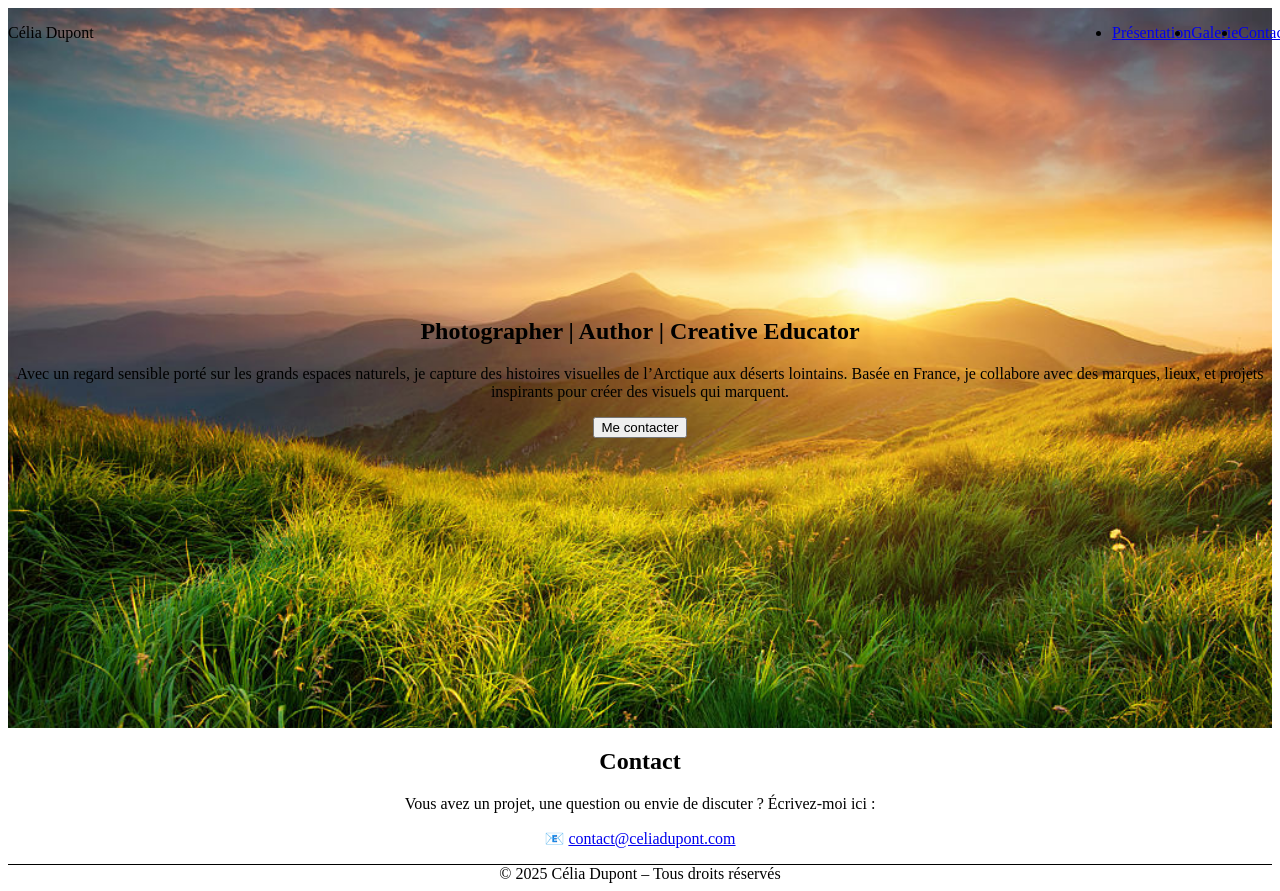
Repository: vincelhx/cd-photogrphy
Page: /
The author's editor kept a copy of each file at every save. The page is drawn from the files as they stood at one save, then again after the next save.
The browser window is 1280 px wide. The pictures show the whole page.
The project was rebuilt for these pictures with package versions that can differ from the ones it lists, and the page was loaded fresh each time. Also part of the build but not shown: vite.config.ts, src/components/Gallery.tsx, src/pages/Portfolio.tsx.

Above is the page before, as saved 2025-08-04 13:53:12.

After the next save:
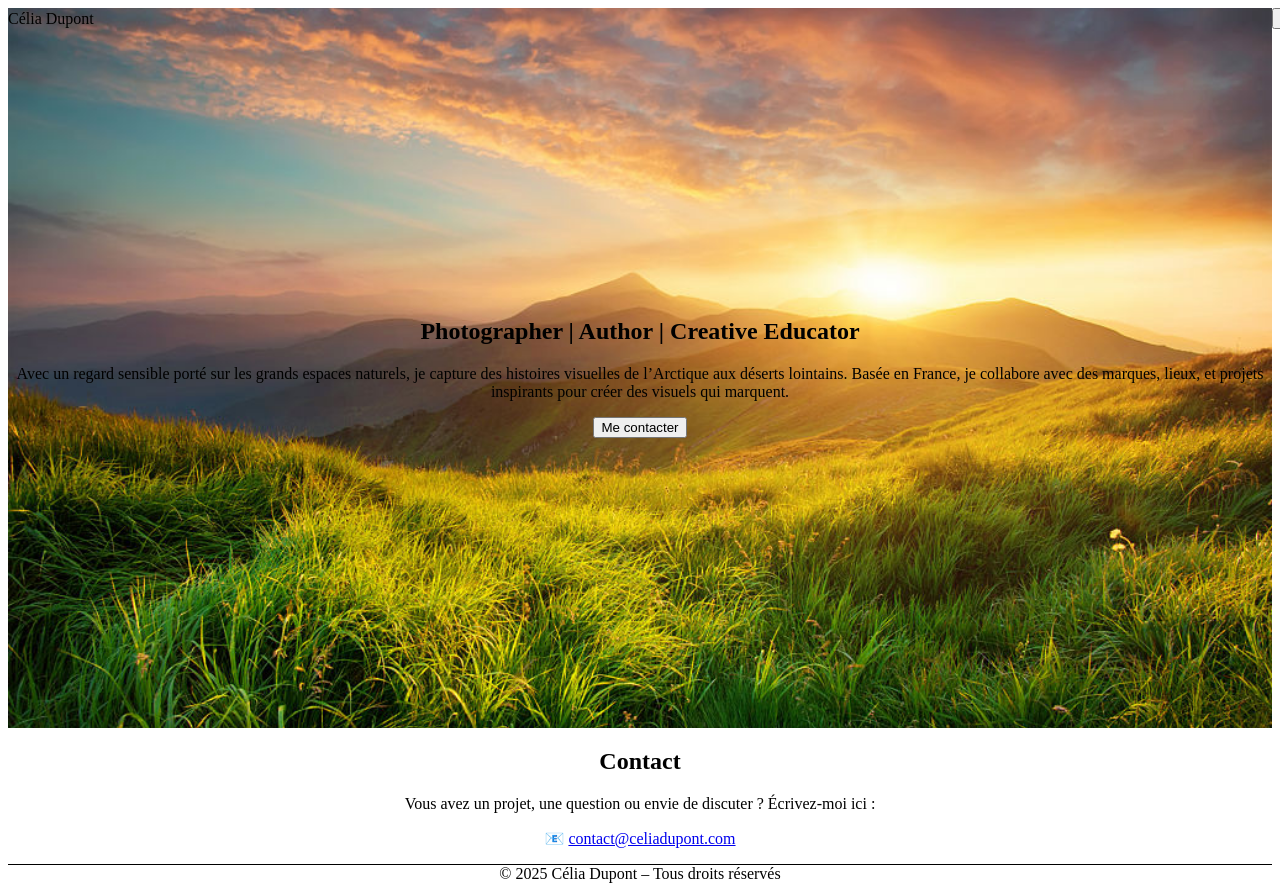
Saved 94 s later.
--- a/src/pages/NavBar.tsx
+++ b/src/pages/NavBar.tsx
@@ -1,33 +1,105 @@
-import React from "react";
+import React, { useState, useEffect } from "react";
 
 const Navbar: React.FC = () => {
+  const [activeSection, setActiveSection] = useState<string>("presentation");
+  const [menuOpen, setMenuOpen] = useState<boolean>(false);
+
+  useEffect(() => {
+    const handleScroll = () => {
+      const sections = ["presentation", "contact"];
+      for (const id of sections) {
+        const el = document.getElementById(id);
+        if (el) {
+          const top = el.getBoundingClientRect().top;
+          if (top <= 100 && top >= -el.offsetHeight + 100) {
+            setActiveSection(id);
+            break;
+          }
+        }
+      }
+    };
+
+    window.addEventListener("scroll", handleScroll);
+    return () => window.removeEventListener("scroll", handleScroll);
+  }, []);
+
+  const navLinks = [
+    { name: "Présentation", href: "#presentation" },
+    { name: "Galerie", href: "#gallery" },
+    { name: "Contact", href: "#contact" },
+  ];
+
   return (
     <nav className="fixed top-0 left-0 w-full bg-white shadow z-50">
-      <div className="max-w-7xl mx-auto px-6 py-4 flex items-center justify-between">
-        {/* Nom à gauche */}
-        <div className="text-lg md:text-xl font-semibold tracking-wide">
+      <div className="max-w-6xl mx-auto px-6 py-4 flex items-center justify-between">
+        {/* Nom */}
+        <div className="text-xl font-bold tracking-wide font-signature">
           Célia Dupont
         </div>
 
-        {/* Liens à droite */}
-        <ul className="flex space-x-10 text-sm md:text-base text-gray-700 font-medium">
-          <li>
-            <a href="#presentation" className="hover:text-black transition">
-              Présentation
-            </a>
-          </li>
-          <li>
-            <a href="#gallery" className="hover:text-black transition">
-              Galerie
-            </a>
-          </li>
-          <li>
-            <a href="#contact" className="hover:text-black transition">
-              Contact
-            </a>
-          </li>
+        {/* Desktop Links */}
+        <ul className="hidden md:flex space-x-8 text-gray-700 font-medium">
+          {navLinks.map((link) => (
+            <li key={link.href}>
+              <a
+                href={link.href}
+                className={`transition hover:text-black ${
+                  activeSection === link.href.slice(1)
+                    ? "text-black underline"
+                    : ""
+                }`}>
+                {link.name}
+              </a>
+            </li>
+          ))}
         </ul>
+
+        {/* Mobile burger */}
+        <div className="md:hidden">
+          <button onClick={() => setMenuOpen(!menuOpen)}>
+            <svg
+              className="w-6 h-6 text-gray-800"
+              fill="none"
+              stroke="currentColor"
+              viewBox="0 0 24 24"
+              xmlns="http://www.w3.org/2000/svg">
+              {menuOpen ? (
+                <path
+                  strokeLinecap="round"
+                  strokeLinejoin="round"
+                  strokeWidth="2"
+                  d="M6 18L18 6M6 6l12 12"
+                />
+              ) : (
+                <path
+                  strokeLinecap="round"
+                  strokeLinejoin="round"
+                  strokeWidth="2"
+                  d="M4 6h16M4 12h16M4 18h16"
+                />
+              )}
+            </svg>
+          </button>
+        </div>
       </div>
+
+      {/* Mobile menu */}
+      {menuOpen && (
+        <div className="md:hidden bg-white shadow px-6 py-4">
+          <ul className="space-y-4">
+            {navLinks.map((link) => (
+              <li key={link.href}>
+                <a
+                  href={link.href}
+                  onClick={() => setMenuOpen(false)}
+                  className="block text-gray-700 hover:text-black">
+                  {link.name}
+                </a>
+              </li>
+            ))}
+          </ul>
+        </div>
+      )}
     </nav>
   );
 };

After the save that followed:
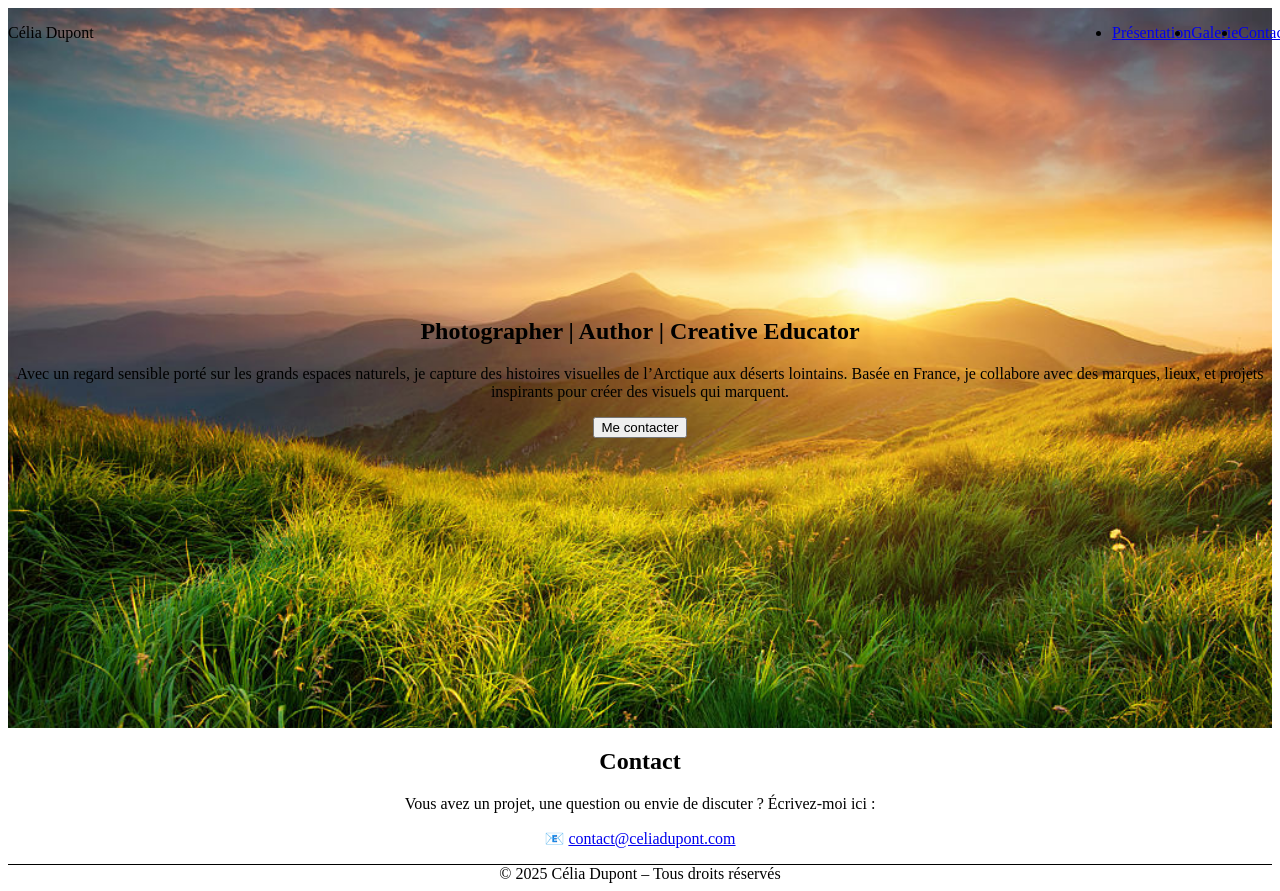
Saved 2 min 35 s later.
--- a/src/pages/NavBar.tsx
+++ b/src/pages/NavBar.tsx
@@ -1,105 +1,31 @@
-import React, { useState, useEffect } from "react";
+import React from "react";
 
 const Navbar: React.FC = () => {
-  const [activeSection, setActiveSection] = useState<string>("presentation");
-  const [menuOpen, setMenuOpen] = useState<boolean>(false);
-
-  useEffect(() => {
-    const handleScroll = () => {
-      const sections = ["presentation", "contact"];
-      for (const id of sections) {
-        const el = document.getElementById(id);
-        if (el) {
-          const top = el.getBoundingClientRect().top;
-          if (top <= 100 && top >= -el.offsetHeight + 100) {
-            setActiveSection(id);
-            break;
-          }
-        }
-      }
-    };
-
-    window.addEventListener("scroll", handleScroll);
-    return () => window.removeEventListener("scroll", handleScroll);
-  }, []);
-
-  const navLinks = [
-    { name: "Présentation", href: "#presentation" },
-    { name: "Galerie", href: "#gallery" },
-    { name: "Contact", href: "#contact" },
-  ];
-
   return (
     <nav className="fixed top-0 left-0 w-full bg-white shadow z-50">
-      <div className="max-w-6xl mx-auto px-6 py-4 flex items-center justify-between">
-        {/* Nom */}
-        <div className="text-xl font-bold tracking-wide font-signature">
-          Célia Dupont
-        </div>
+      <div className="max-w-6xl mx-auto px-6 py-4 flex justify-between items-center">
+        {/* Nom à gauche */}
+        <div className="text-lg font-bold">Célia Dupont</div>
 
-        {/* Desktop Links */}
-        <ul className="hidden md:flex space-x-8 text-gray-700 font-medium">
-          {navLinks.map((link) => (
-            <li key={link.href}>
-              <a
-                href={link.href}
-                className={`transition hover:text-black ${
-                  activeSection === link.href.slice(1)
-                    ? "text-black underline"
-                    : ""
-                }`}>
-                {link.name}
-              </a>
-            </li>
-          ))}
+        {/* Liens à droite */}
+        <ul className="flex gap-8 text-gray-800 text-sm font-medium">
+          <li>
+            <a href="#presentation" className="hover:text-black">
+              Présentation
+            </a>
+          </li>
+          <li>
+            <a href="#gallery" className="hover:text-black">
+              Galerie
+            </a>
+          </li>
+          <li>
+            <a href="#contact" className="hover:text-black">
+              Contact
+            </a>
+          </li>
         </ul>
-
-        {/* Mobile burger */}
-        <div className="md:hidden">
-          <button onClick={() => setMenuOpen(!menuOpen)}>
-            <svg
-              className="w-6 h-6 text-gray-800"
-              fill="none"
-              stroke="currentColor"
-              viewBox="0 0 24 24"
-              xmlns="http://www.w3.org/2000/svg">
-              {menuOpen ? (
-                <path
-                  strokeLinecap="round"
-                  strokeLinejoin="round"
-                  strokeWidth="2"
-                  d="M6 18L18 6M6 6l12 12"
-                />
-              ) : (
-                <path
-                  strokeLinecap="round"
-                  strokeLinejoin="round"
-                  strokeWidth="2"
-                  d="M4 6h16M4 12h16M4 18h16"
-                />
-              )}
-            </svg>
-          </button>
-        </div>
       </div>
-
-      {/* Mobile menu */}
-      {menuOpen && (
-        <div className="md:hidden bg-white shadow px-6 py-4">
-          <ul className="space-y-4">
-            {navLinks.map((link) => (
-              <li key={link.href}>
-                <a
-                  href={link.href}
-                  onClick={() => setMenuOpen(false)}
-                  className="block text-gray-700 hover:text-black">
-                  {link.name}
-                </a>
-              </li>
-            ))}
-          </ul>
-        </div>
-      )}
     </nav>
   );
 };
